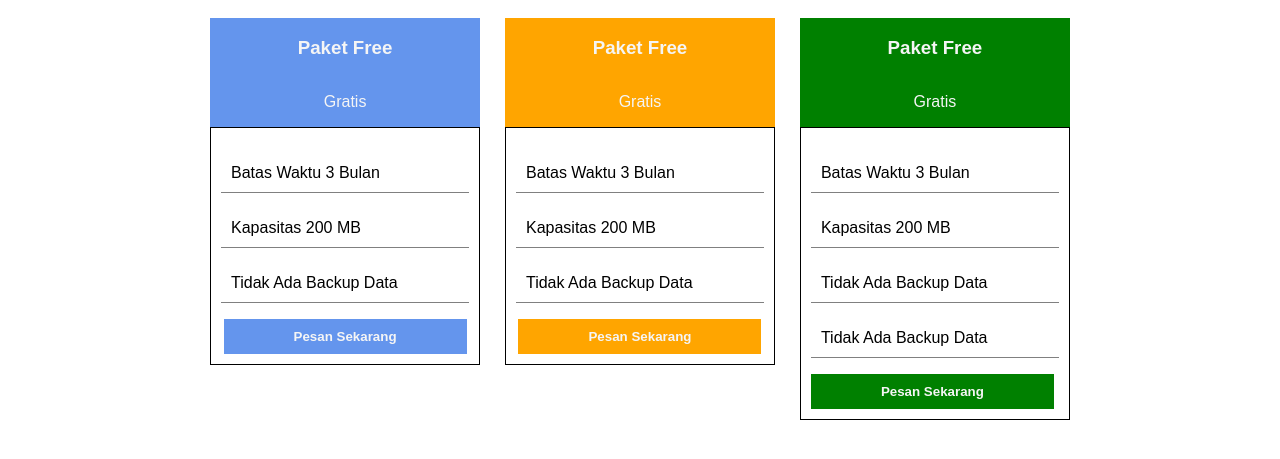
Repository: AHSANS354/tugas-sib5
Page: tugas css/index.html
The author's editor kept a copy of each file at every save. The page is drawn from the files as they stood at one save, then again after the next save.
The browser window is 1280 px wide. The pictures show the whole page.

Above is the page before, as saved 2023-08-29 16:39:27.

### tugas css/index.html
<!DOCTYPE html>
<html lang="en">
  <head>
    <meta charset="UTF-8" />
    <meta name="viewport" content="width=device-width, initial-scale=1.0" />
    <title>Tugas css eksternal</title>
    <link rel="stylesheet" href="style.css" />
  </head>
  <body>
    <div class="container">
      <div class="row">
        <div class="col">
          <div class="card">
            <div class="header">
              <div>
                <h3>paket free</h3>
              </div>
              <div>
                <p>Gratis</p>
              </div>
            </div>
            <div class="content">
              <div>
                <p>batas waktu 3 bulan</p>
              </div>
              <div>
                <p>kapasitas 200 MB</p>
              </div>
              <div>
                <p>tidak ada backup data</p>
              </div>
              <div class="btn">
                <button type="button" class="tombol">pesan sekarang</button>
              </div>
            </div>
          </div>
          <div class="card">
            <div class="header2">
              <div>
                <h3>paket free</h3>
              </div>
              <div>
                <p>Gratis</p>
              </div>
            </div>
            <div class="content">
              <div>
                <p>batas waktu 3 bulan</p>
              </div>
              <div>
                <p>kapasitas 200 MB</p>
              </div>
              <div>
                <p>tidak ada backup data</p>
              </div>
              <div class="btn">
                <button type="button" class="tombol2">pesan sekarang</button>
              </div>
            </div>
          </div>
          <div class="card">
            <div class="header3">
              <div>
                <h3>paket free</h3>
              </div>
              <div>
                <p>Gratis</p>
              </div>
            </div>
            <div class="content">
              <div>
                <p>batas waktu 3 bulan</p>
              </div>
              <div>
                <p>kapasitas 200 MB</p>
              </div>
              <div>
                <p>tidak ada backup data</p>
              </div>
              <div>
                <p>tidak ada backup data</p>
              </div>
              <div class="btn3">
                <button type="button" class="tombol3">pesan sekarang</button>
              </div>
            </div>
          </div>
        </div>
      </div>
    </div>
  </body>
</html>

### tugas css/style.css
* {
  font-family: sans-serif;
  text-transform: capitalize;
}
/* div awal */
.container {
  display: flex;
  justify-content: center;
}

.row {
  width: 70%;
}

.col {
  display: flex;
  justify-content: space-around;
}

.card {
  padding: 10px;
  width: 270px;
}

.content {
  border: 1px solid black;
  padding: 10px;
}

.content p {
  border-bottom: 1px solid gray;
  padding: 10px;
}

.btn {
  display: flex;
  justify-content: center;
}

/* css tampilan card 1*/

.header {
  background-color: cornflowerblue;
  color: whitesmoke;
  display: flex;
  justify-content: center;
  align-items: center;
  flex-direction: column;
}

.tombol {
  font-weight: bold;
  padding: 10px 70px;
  background-color: cornflowerblue;
  border: none;
  color: whitesmoke;
}

/* css tampilan card 2 */
.header2 {
  background-color: orange;
  color: whitesmoke;
  display: flex;
  justify-content: center;
  align-items: center;
  flex-direction: column;
}

.tombol2 {
  font-weight: bold;
  padding: 10px 70px;
  background-color: orange;
  border: none;
  color: whitesmoke;
}

/* css tampilan card 3 */

.header3 {
  background-color: green;
  color: whitesmoke;
  display: flex;
  justify-content: center;
  align-items: center;
  flex-direction: column;
}

.tombol3 {
  font-weight: bold;
  padding: 10px 70px;
  background-color: green;
  border: none;
  color: whitesmoke;
}

After the next save:
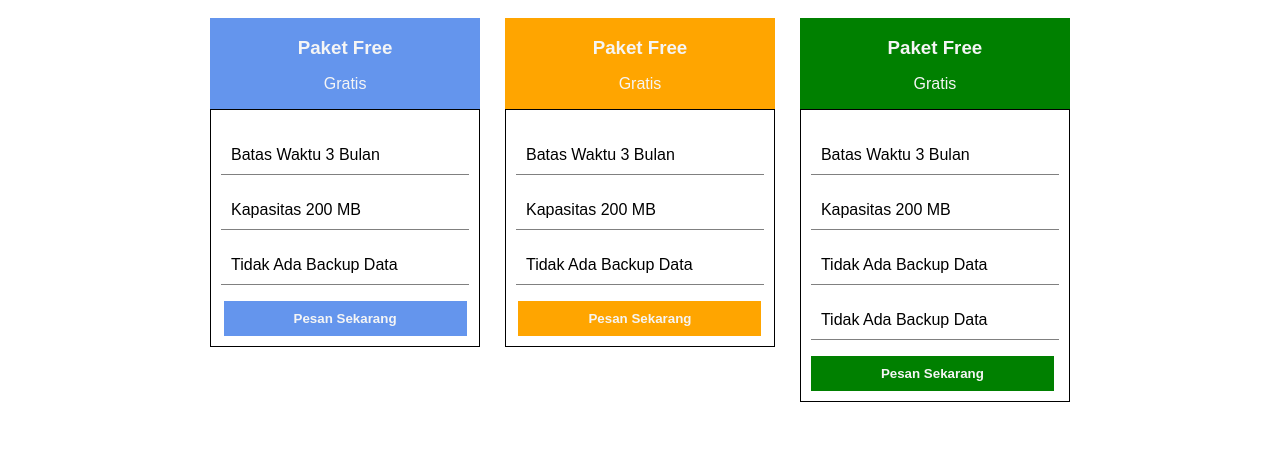
Saved 73 s later.
--- a/tugas css/style.css
+++ b/tugas css/style.css
@@ -35,6 +35,9 @@
 .btn {
   display: flex;
   justify-content: center;
+}
+h3 {
+  margin-bottom: 0;
 }
 
 /* css tampilan card 1*/
